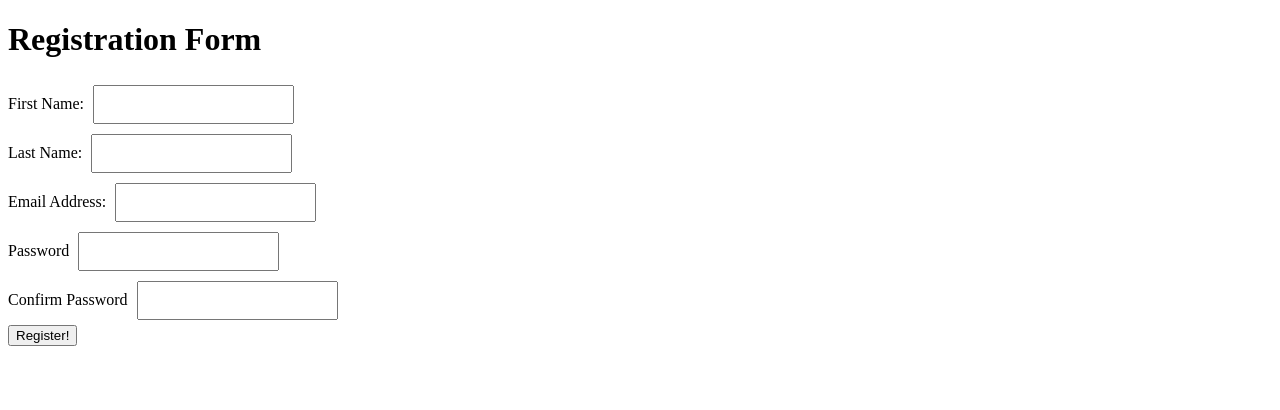
Repository: ryanaanderson0/COSW30
Page: http://localhost/Labwork/Lab2/register.php
The author's editor kept a record of every edit. The page is drawn from the files as they stood at one moment, then again after the next edit.
The browser window is 1280 px wide. The pictures show the whole page.
The page is run by PHP 8.4 with error messages shown; the project is at /var/www/html/.

Above is the page before.

### Labwork/Lab2/register.php
<!DOCTYPE html>
<html>
    <head>
        <meta charset="uft-8">
        <title>Registration form</title>

        <style>
        @import url('https://fonts.googleapis.com/css?family=Indie+Flower&display=swap');

            input{
                padding: 10px;
                margin: 5px;
                font-family: 'indie flower',;
            }


        </style>
    </head>
    <body>
        <h1>Registration Form</h1>

        <form action="process_register.php" method="POST">
            <label>First Name:</label>
            <input type="first_name" id="first_name" name="first_name" required>
            <br>

            <label>Last Name:</label>
            <input type="last_name" id="last_name" name="last_name" required>
            <br>

            <label>Email Address:</label>
            <input type="email" id="email" name="email" required>
            <br>

            <label>Password</label>
            <input type="password" id="password" name="password" required>
            <br>

            <label>Confirm Password</label>
            <input type="password" id="confirm_password" name="confirm_password" required>
            <br>

            <button>Register!</button>
        </form>

    </body>
</html>

After the next edit:
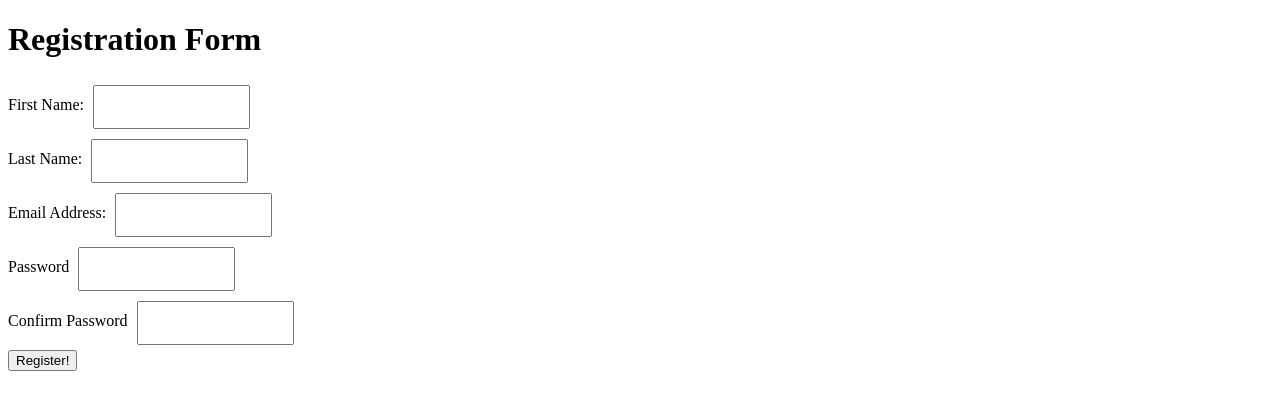
The edit:
--- a/Labwork/Lab2/register.php
+++ b/Labwork/Lab2/register.php
@@ -10,7 +10,7 @@
             input{
                 padding: 10px;
                 margin: 5px;
-                font-family: 'indie flower',;
+                font-family: 'Indie Flower', cursive;
             }
 
 
